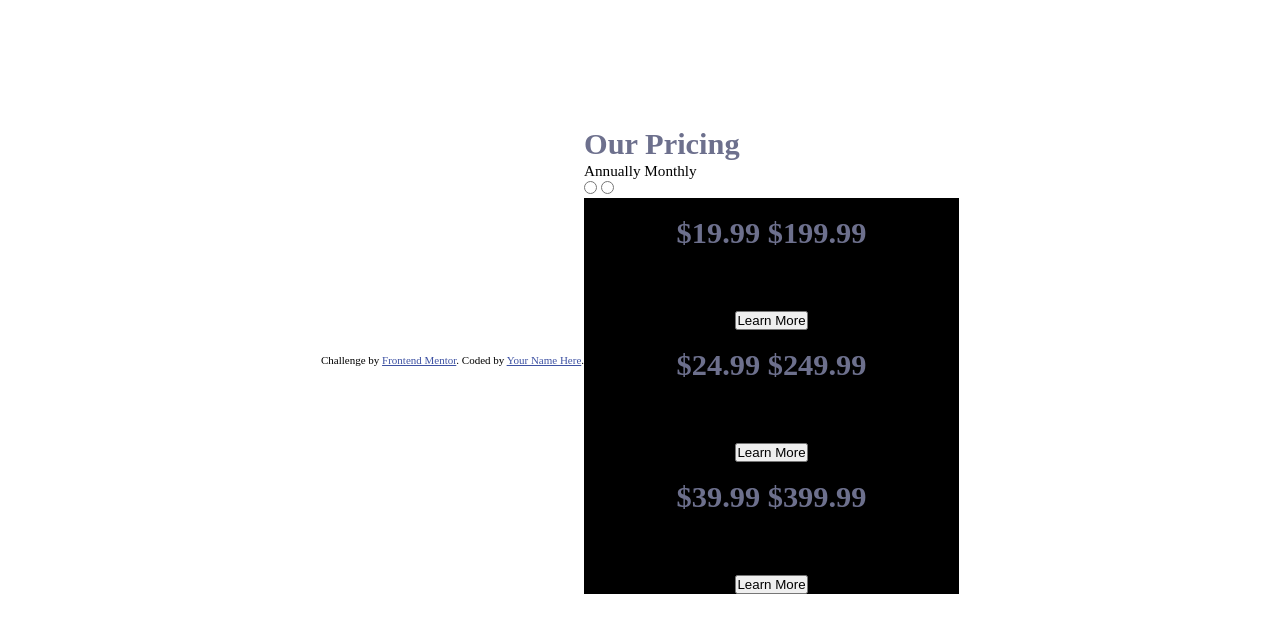
Repository: JuzzJoel/pricing-component-with-toggle-master
Page: index.html
These files come from the project's save history. The page is drawn as it stood at one moment and after the next save; the edit follows.
The browser window is 1280 px wide. The pictures show the whole page.

Above is the page before, as saved 2025-05-24 08:09:00.

After the next save:
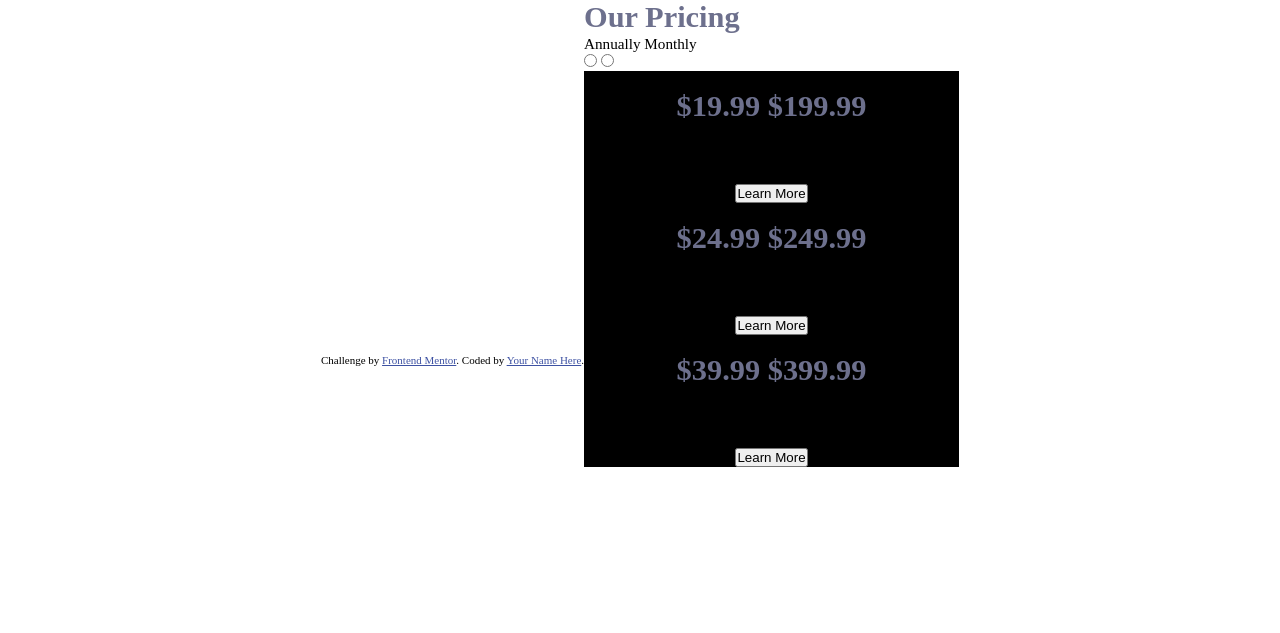
Saved 32 s later.
--- a/index.html
+++ b/index.html
@@ -43,7 +43,7 @@ justify-content: center;
 
 .container{
   width: 375px;
-  height: auto;
+  height: 100vh;
 
 }
   .pricing-header{
